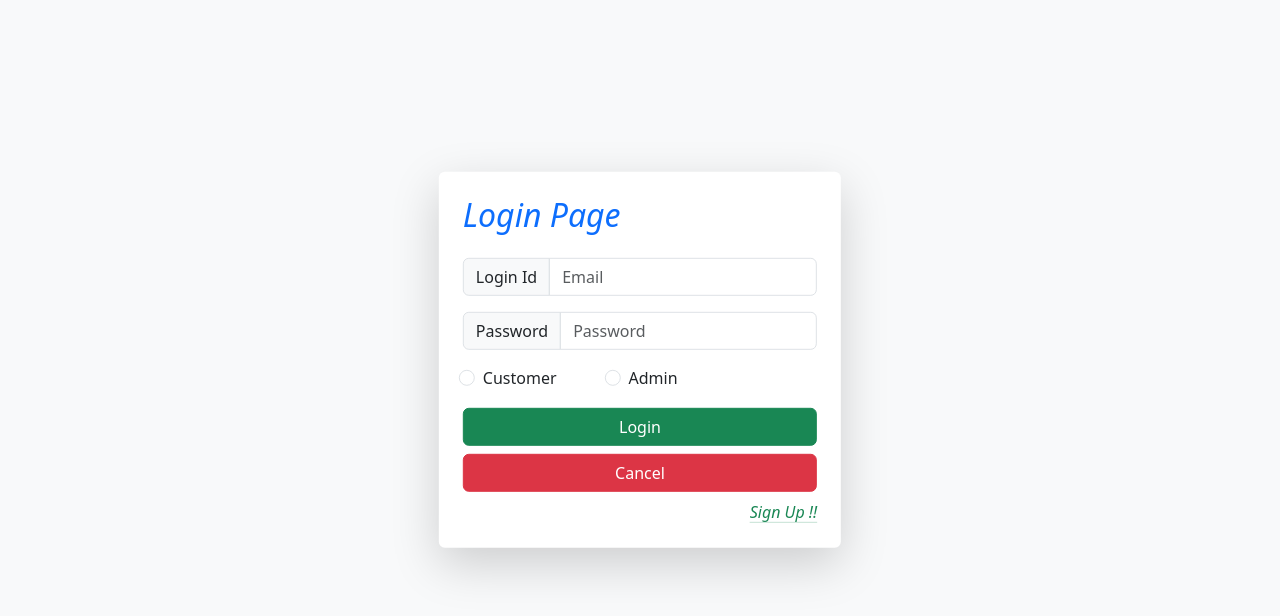
Repository: Niket-mishra/Dummy
Page: http://localhost/Mini-Project/Login.jsp
An editor plug-in stored every save of this project. The page is shown before and after the next save, followed by the edit.
The browser window is 1280 px wide. The pictures show the whole page.
The page is served by Tomcat 10.

Above is the page before, as saved 2024-05-07 17:04:35.

After the next save:
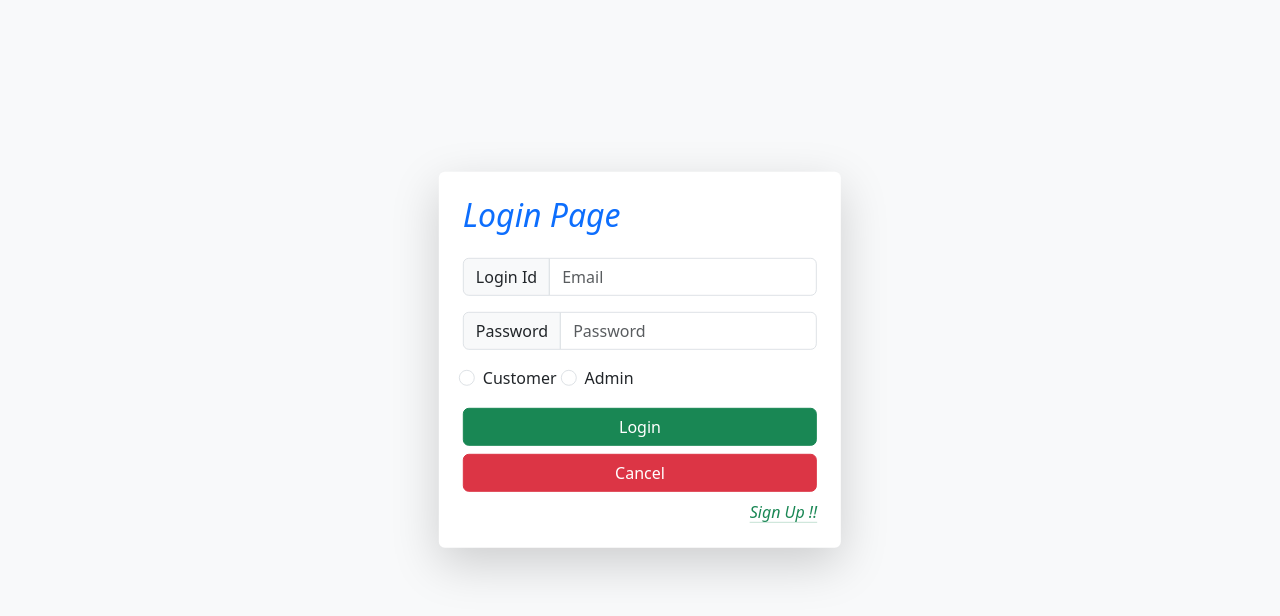
Saved 38 s later.
--- a/Mini-Project/src/main/webapp/Login.jsp
+++ b/Mini-Project/src/main/webapp/Login.jsp
@@ -22,7 +22,7 @@
   <input type="password" aria-label="password" class="form-control" placeholder="Password" required>
 </div>
 <div class = "row g-2 mb-3">
-  <div class="form-check col-auto pe-5">
+  <div class="form-check col-auto pe-xxl">
     <input type="radio" class="form-check-input" id="validationFormCheck2" name="usertype" required>
     <label class="form-check-label" for="validationFormCheck2">Customer</label>
   </div>
